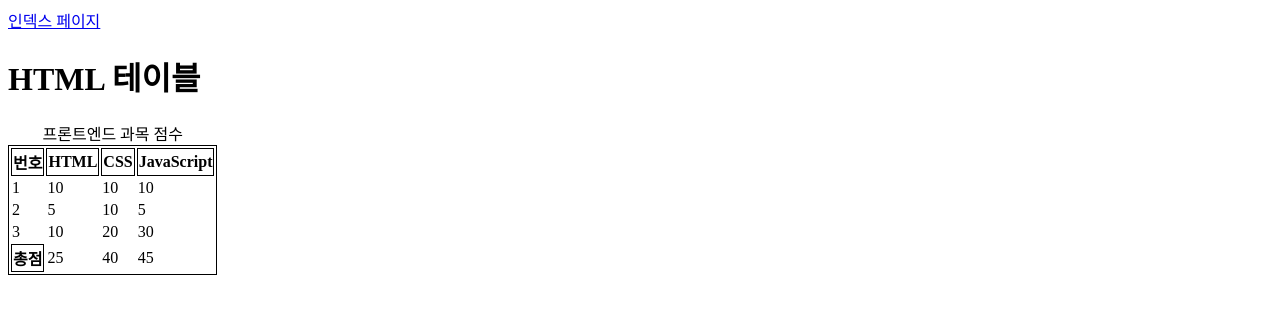
Repository: Sid0130/HTML
Page: lab-web/lab01_html/src/main/webapp/table.html
These files come from the project's save history. The page is drawn as it stood at one moment and after the next save; the edit follows.
The browser window is 1280 px wide. The pictures show the whole page.

Above is the page before, as saved 2024-12-03 07:24:22.

### lab-web/lab01_html/src/main/webapp/table.html
<!DOCTYPE html>
<html>
	<head>
		<meta charset="UTF-8">
		<title>Lab01</title>

        <!-- CSS 설정: -->
        <style>
            table, th, tr {
                border: 1px solid black;

            }
        </style>
	</head>
	<body>
		<a href="index.html">인덱스 페이지</a>

        <h1>HTML 테이블</h1>

        <table>
            <caption>프론트엔드 과목 점수</caption>
                <thead> <!-- table header(표 머릿글): 컬럼 이름 -->
                    <tr> <!-- table row(표 행) -->
                        <th>번호</th> <!-- table cell header -->
                        <th>HTML</th>
                        <th>CSS</th>
                        <th>JavaScript</th>
                    </tr>
                </thead>
                <tbody> <!-- table body(표 몸통) -->
                    <tr>
                        <td>1</td><!-- table cell data -->
                        <td>10</td>
                        <td>10</td>
                        <td>10</td>
                    </tr>
                    <tr>
                        <td>2</td>
                        <td>5</td>
                        <td>10</td>
                        <td>5</td>
                    </tr>
                    <tr>
                        <td>3</td>
                        <td>10</td>
                        <td>20</td>
                        <td>30</td>
                    </tr>
                </tbody>
                <tfoot> <!-- table footer(표 꼬릿글) -->
                    <tr>
                        <th>총점</th>
                        <td>25</td>
                        <td>40</td>
                        <td>45</td>
                    </tr>
                </tfoot>
        </table>
	</body>
</html>

After the next save:
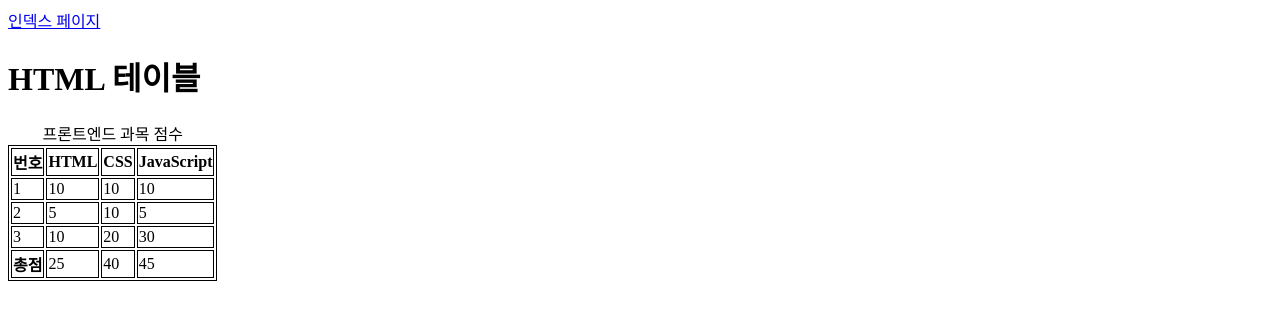
Saved 10 s later.
--- a/lab-web/lab01_html/src/main/webapp/table.html
+++ b/lab-web/lab01_html/src/main/webapp/table.html
@@ -6,7 +6,7 @@
 
         <!-- CSS 설정: -->
         <style>
-            table, th, tr {
+            table, th, td {
                 border: 1px solid black;
 
             }
